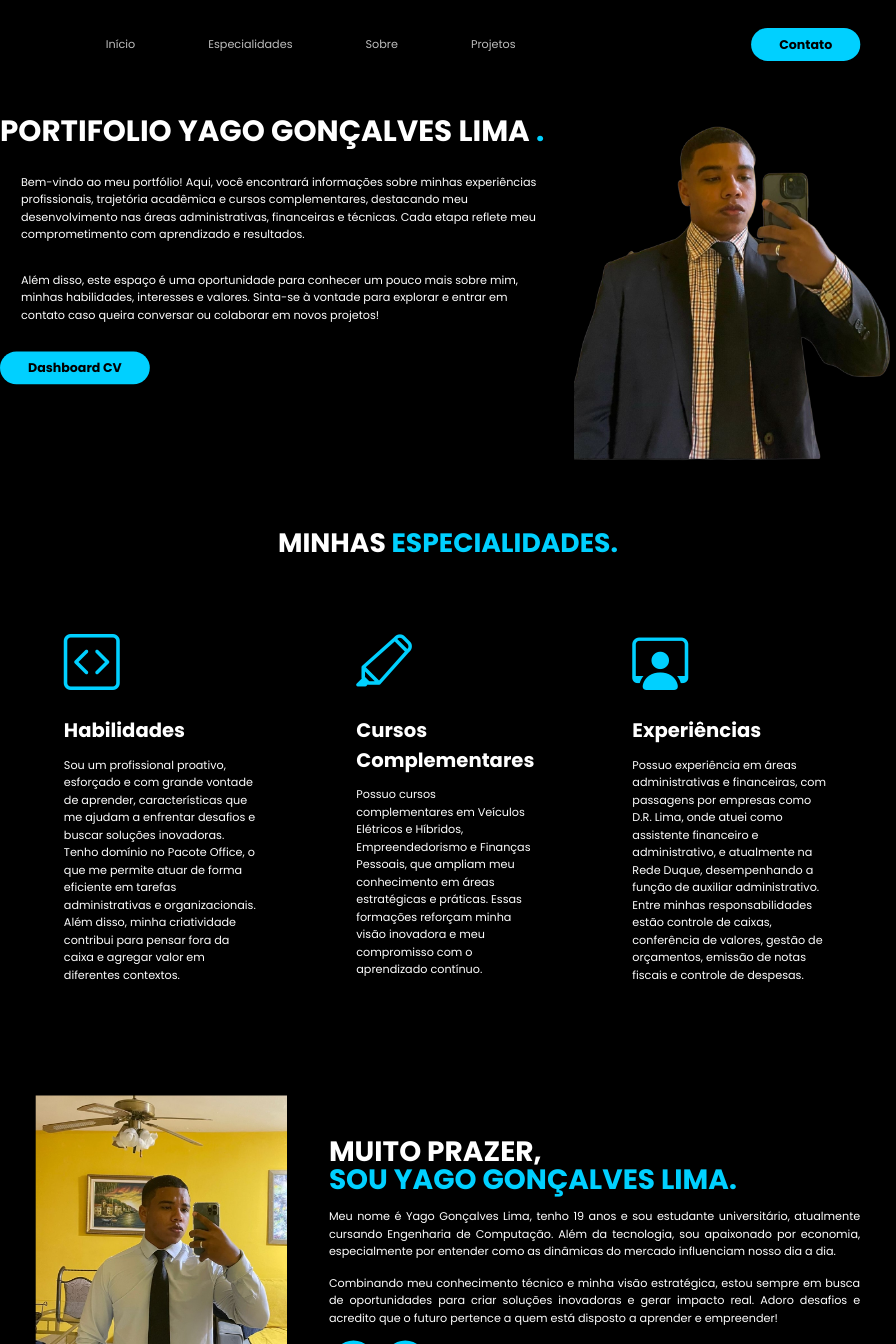
Repository: yagolima1511/Portfolio
Page: index.html
An editor plug-in stored every save of this project. The page is shown before and after a run of saves, followed by the edit.
The browser window is 1280 px wide. The pictures show the part of the page from y = 0 to 1920 px (the page is 3476 px tall), at 70% of full size.

Above is the page before, as saved 2025-02-13 22:23:19.

After the next 2 saves:
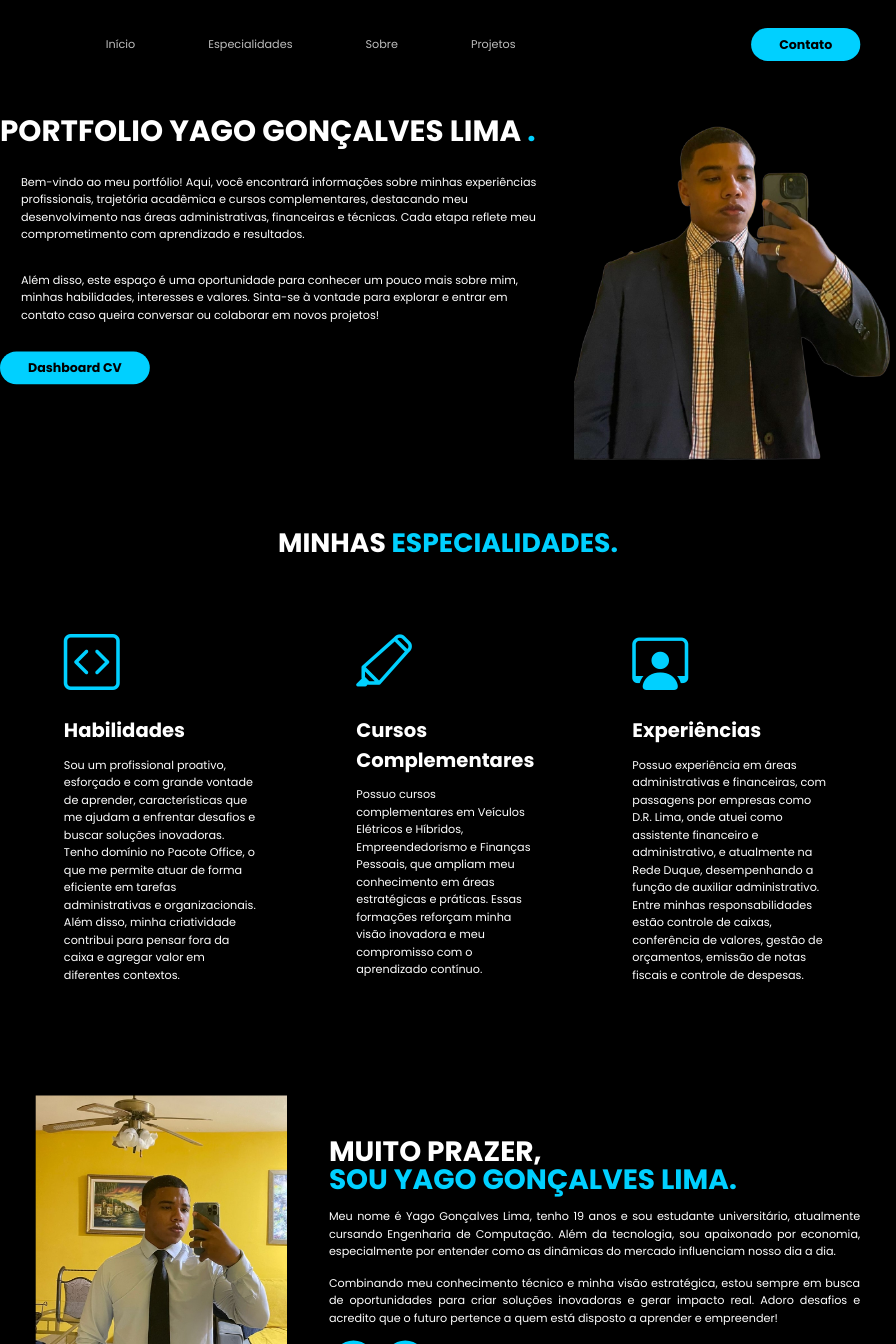
The 2 saves are shown as one change because they came seconds apart.
The last was saved 113 min 13 s later.
--- a/index.html
+++ b/index.html
@@ -39,7 +39,7 @@
             <div class="interface">
                 <div class="flex">
                     <div class="txt-topo-site">
-                       <h1>PORTIFOLIO YAGO GONÇALVES LIMA <span>.</span></h1>
+                       <h1>PORTFOLIO YAGO GONÇALVES LIMA <span>.</span></h1>
                        <p>Bem-vindo ao meu portfólio! Aqui, você encontrará informações sobre minhas experiências profissionais, trajetória acadêmica e cursos complementares, destacando meu desenvolvimento nas áreas administrativas, financeiras e técnicas. Cada etapa reflete meu comprometimento com aprendizado e resultados.</p>
                        <p>Além disso, este espaço é uma oportunidade para conhecer um pouco mais sobre mim, minhas habilidades, interesses e valores. Sinta-se à vontade para explorar e entrar em contato caso queira conversar ou colaborar em novos projetos!</p>
 
